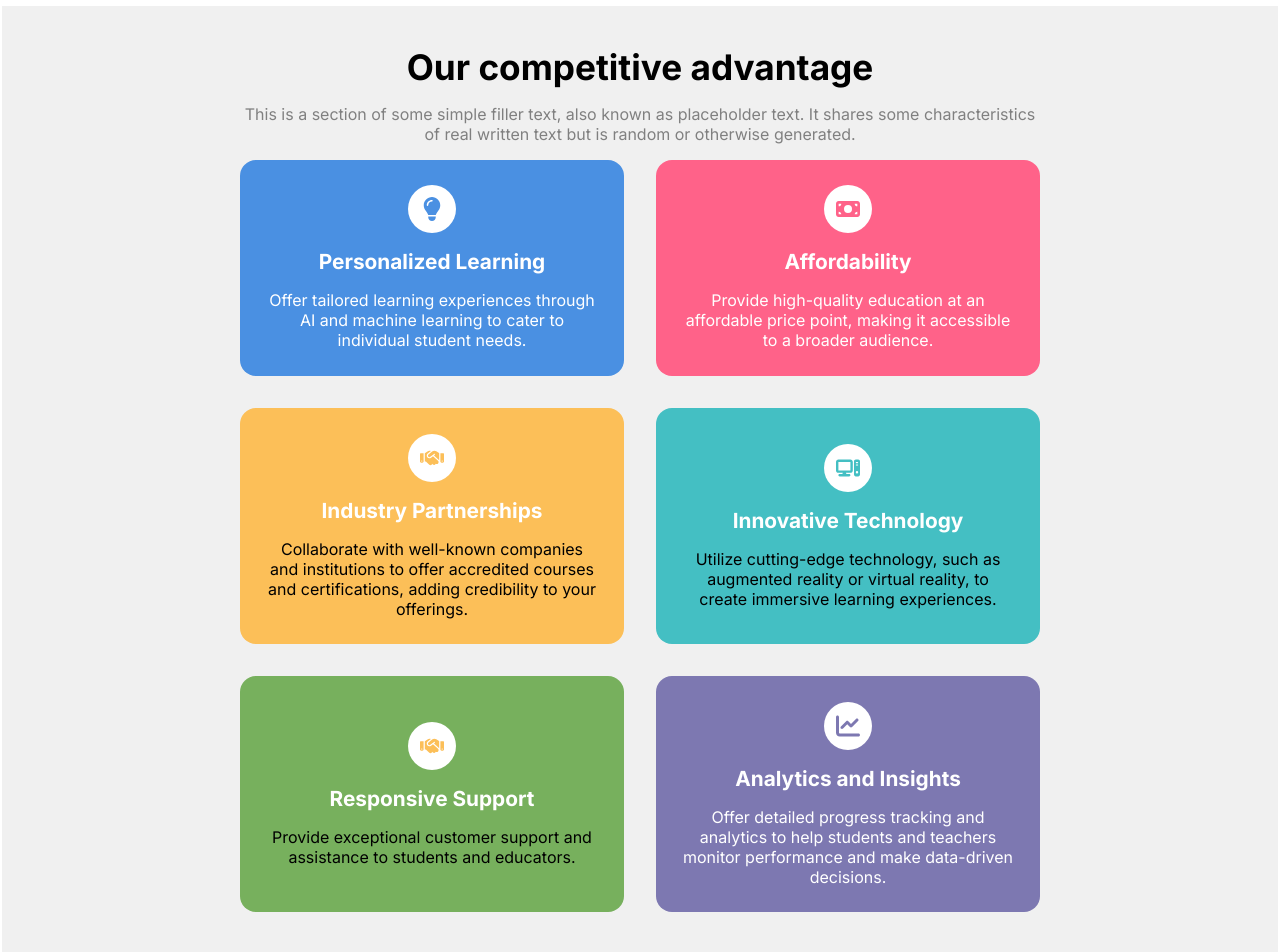
Repository: Vaibhav979/StudySync-FrontEnd-Project
Page: index.html
An editor plug-in stored every save of this project. The page is shown before and after the next save, followed by the edit.
The browser window is 1280 px wide. The pictures show the part of the page from y = 850 to 1802 px (the page is 1802 px tall).
A picture or video elsewhere on the page could not be fetched, so the positions and the page height are approximate.

Above is the page before, as saved 2025-04-17 22:14:30.

After the next save:
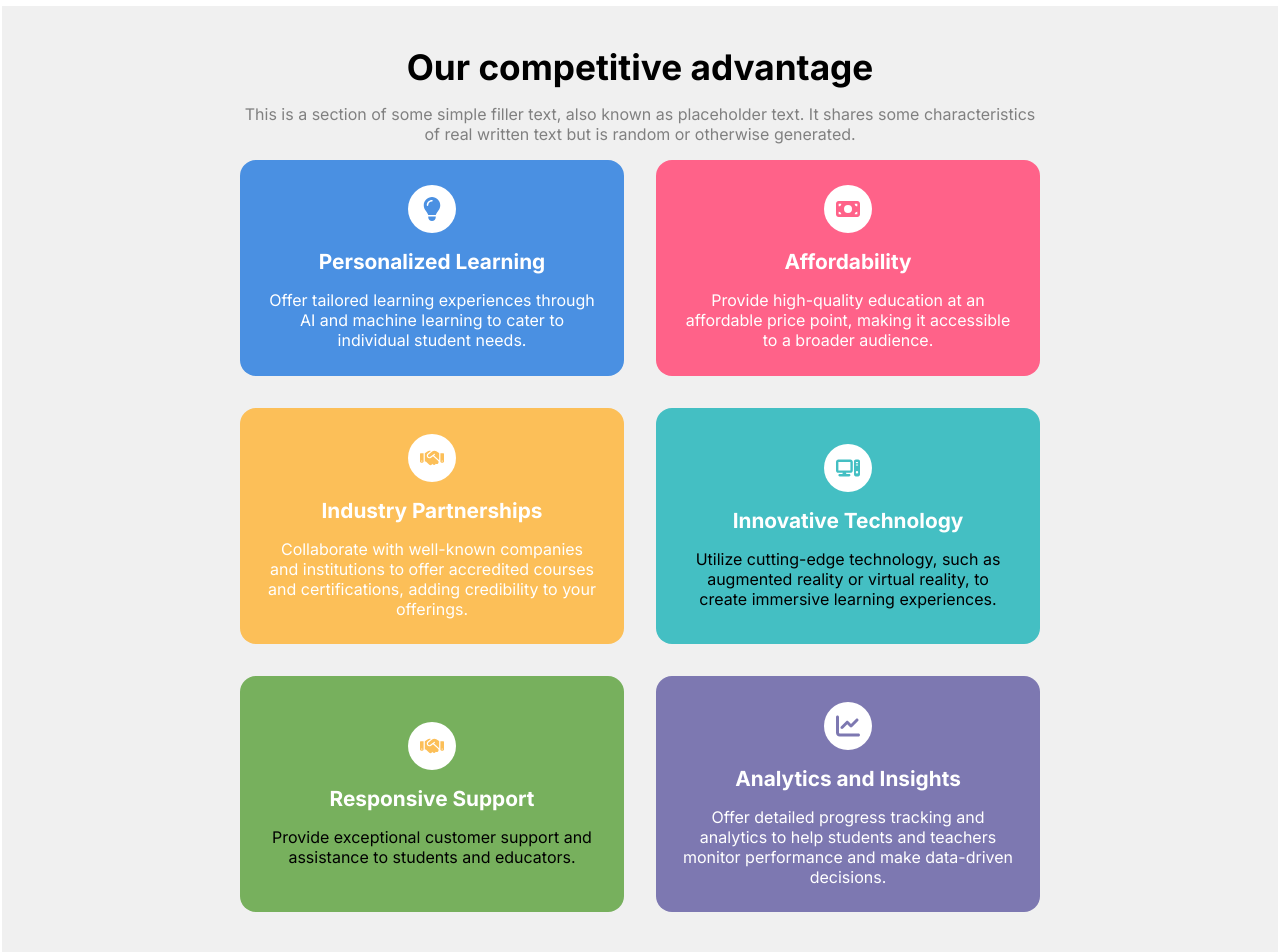
Saved 8 s later.
--- a/index.html
+++ b/index.html
@@ -115,7 +115,7 @@
                     </div>
                     <div class="feature-info">
                         <div class="feature-title">Industry Partnerships</div>
-                        <div class="feture-description">Collaborate with well-known companies and institutions to offer
+                        <div class="feature-description">Collaborate with well-known companies and institutions to offer
                             accredited courses and certifications, adding credibility to your offerings.</div>
                     </div>
                 </div>
